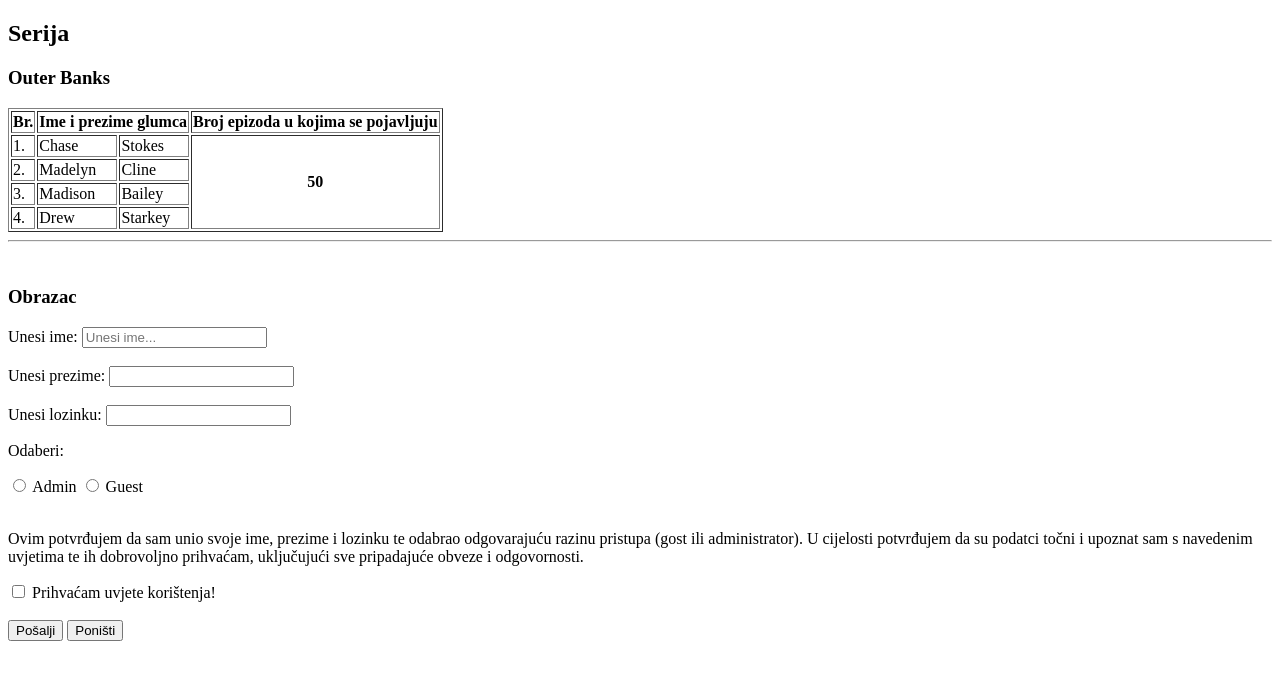
Repository: larabiondic/wp_biondic_lara
Page: Domace zadace/Zadaća.2.html
These files come from the project's save history. The page is drawn as it stood at one moment and after the next save; the edit follows.
The browser window is 1280 px wide. The pictures show the whole page.

Above is the page before, as saved 2025-11-03 20:54:10.

After the next save:
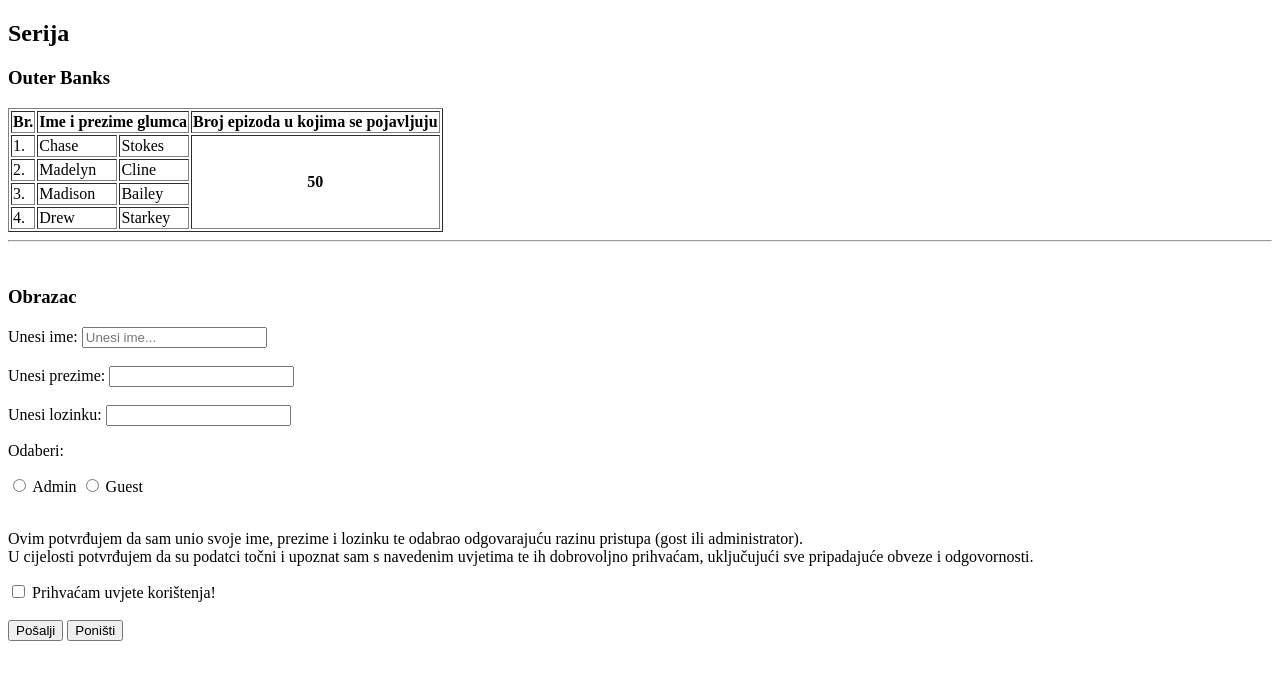
Saved 13 s later.
--- a/Domace zadace/Zadaća.2.html
+++ b/Domace zadace/Zadaća.2.html
@@ -66,7 +66,7 @@
         <br>
         <p>Ovim potvrđujem da sam unio svoje ime,
             prezime i lozinku te odabrao odgovarajuću razinu pristupa
-            (gost ili administrator). U cijelosti potvrđujem da su podatci
+            (gost ili administrator). <br> U cijelosti potvrđujem da su podatci
             točni i upoznat sam s navedenim uvjetima te ih dobrovoljno prihvaćam,
             uključujući sve pripadajuće obveze i odgovornosti.</p>
         <input type="checkbox" name="uvjeti korištenja" id="uvjeti korištenja">
